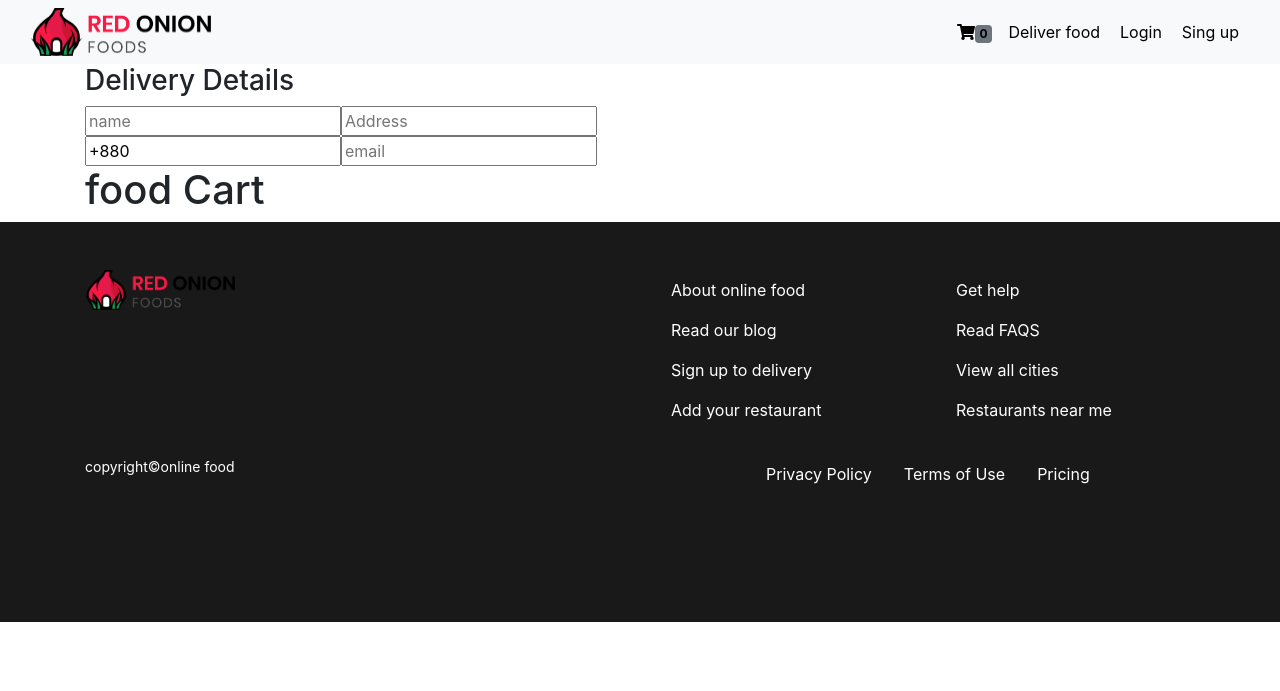
Repository: arif286/red-onion-client
Page: /cart
The author's editor kept a copy of each file at every save. The page is drawn from the files as they stood at one save, then again after the next save.
The browser window is 1280 px wide. The pictures show the whole page.
The project was rebuilt for these pictures with package versions that can differ from the ones it lists, and the page was loaded fresh each time. Also part of the build but not shown: src/App.css, src/components/SearchBar/SearchBar.css, src/components/SearchBar/SearchBar.js, src/components/FoodDetails/FoodDetail.css, src/components/FoodDetails/FoodDetail.js, src/components/DeliveryFood/DeliveryFood.js, src/components/Food/Food.css, src/components/Food/FoodItem.js and 9 more.

Above is the page before, as saved 2021-03-30 03:18:25.

After the next save:
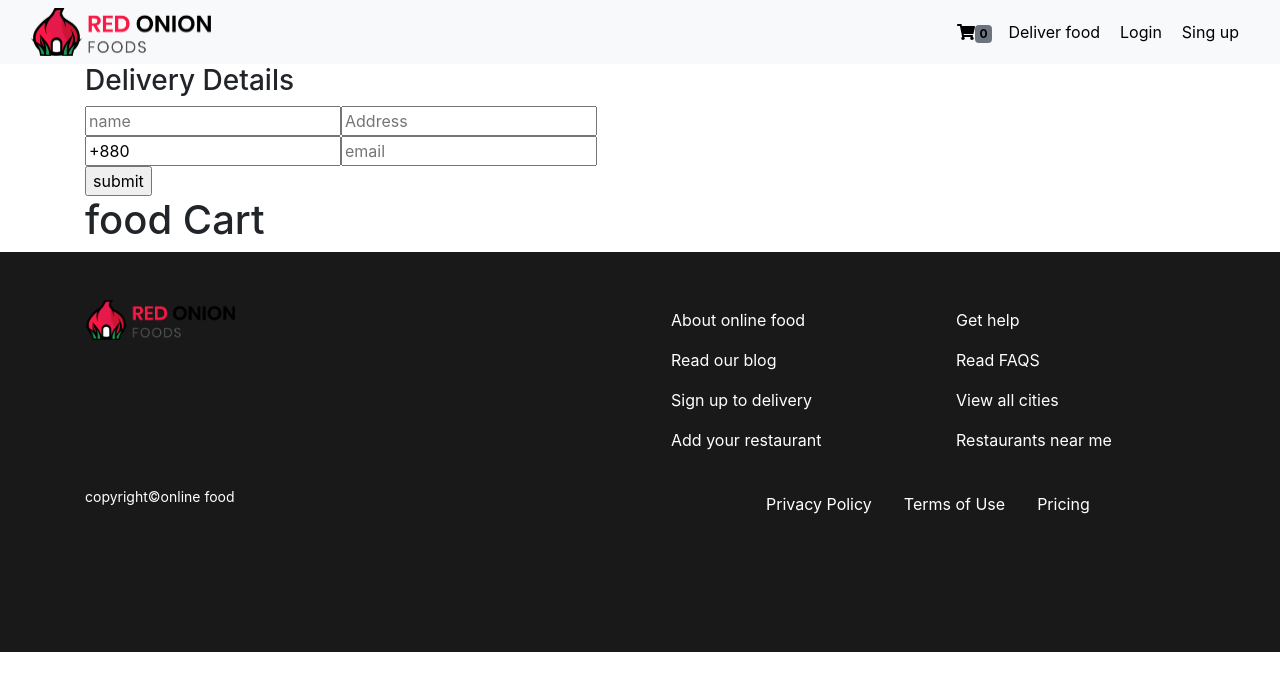
Saved 2 min 8 s later.
--- a/src/components/Cart/Cart.js
+++ b/src/components/Cart/Cart.js
@@ -21,6 +21,7 @@ const Cart = () => {
               <input type="text" placeholder="Address" />
               <input type="phone" placeholder="phone" defaultValue="+880" />
               <input type="email" placeholder="email" />
+              <input type="submit" value='submit' />
             </form>
           </div>
           <div className="col-md-4 col-sm-12"></div>
